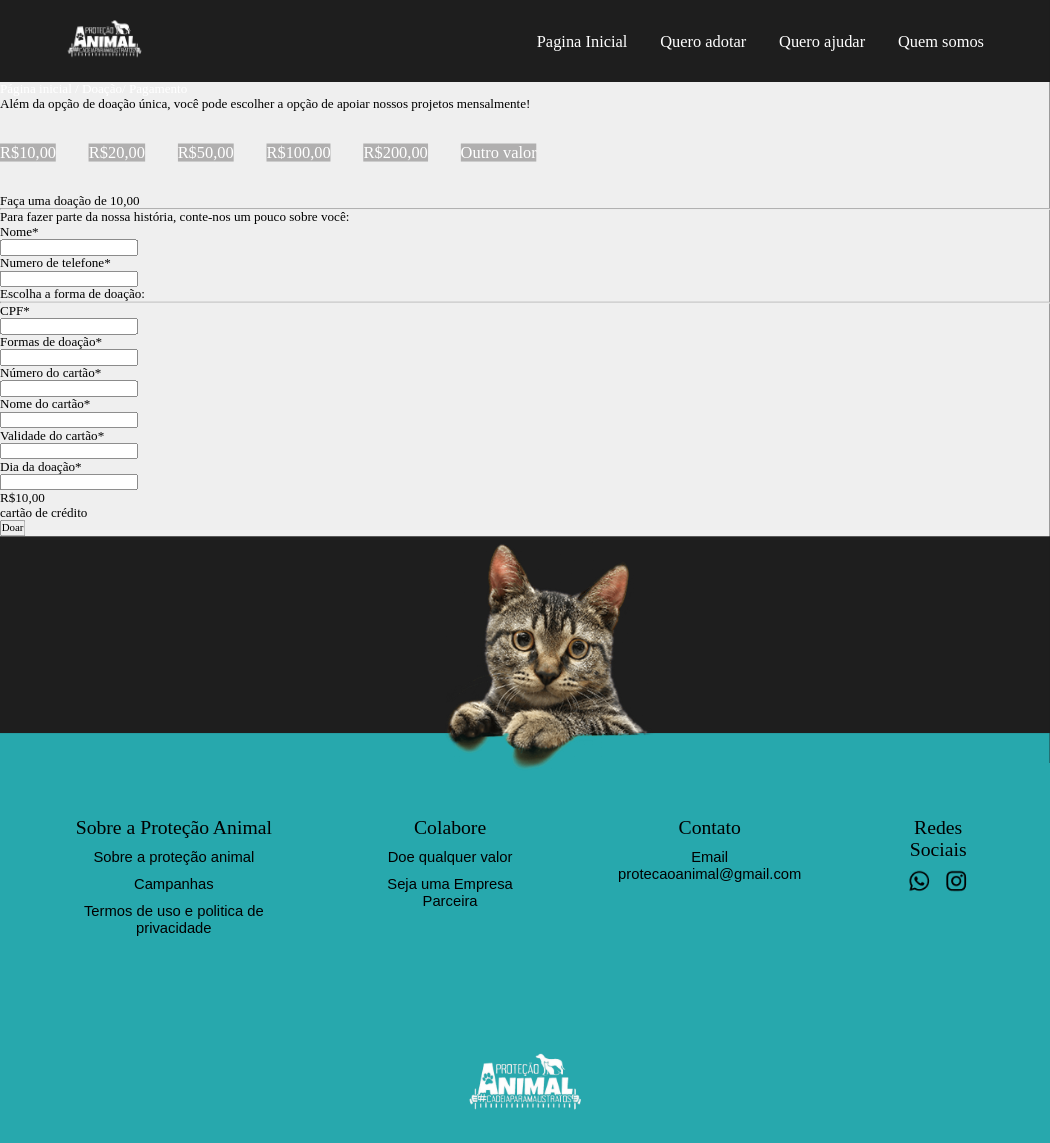
Repository: edjunior-nascimento/protecao-animal-web
Page: src/pages/formulario-doacao/index.html
An editor plug-in stored every save of this project. The page is shown before and after the next save, followed by the edit.
The browser window is 1280 px wide. The pictures show the whole page, at 82% of full size.

Above is the page before, as saved 2025-02-25 03:47:56.

### src/pages/formulario-doacao/index.html
<!DOCTYPE html>
<html lang="pt">

<head>
    <meta charset="UTF-8">
    <meta name="viewport" content="width=device-width, initial-scale=1.0">
    <title>Proteção Animal</title>
    <link rel="preconnect" href="https://fonts.googleapis.com" />
    <link rel="preconnect" href="https://fonts.gstatic.com" crossorigin />
    <meta name="viewport" content="width=device-width, initial-scale=1.0" />
    <link rel="stylesheet" href="./style.css" />
    <link>
</head>

<body>
    <header>
        <div><img class="logo" src="/src/pages/images/logo.png" alt="logo Protecao animal" /></div>
        <nav>
            <ul>
                <li>
                    <a href="#">
                        <p>Pagina Inicial</p>
                    </a>
                </li>
                <li>
                    <a href="#">
                        <p>Quero adotar</p>
                    </a>
                </li>
                <li>
                    <a href="#">
                        <p>Quero ajudar</p>
                    </a>
                </li>
                <li>
                    <a href="#">
                        <p>Quem somos</p>
                    </a>
                </li>
            </ul>
        </nav>
    </header>
    <div>

        <main>
            <div class="container">
                <div class="title">
                    <p>Página inicial / Doação/ Pagamento</p>
                </div>
                <div class="sub-title">
                    <p>Além da opção de doação única, você pode escolher a opção de apoiar nossos projetos mensalmente!
                    </p>
                </div>
                <div class="valor">
                    <div class="parcela">

                    </div>
                    <div class="cota">

                    </div>
                    <nav>
                        <ul>
                            <li>
                                <a href="#">R$10,00</a></a>
                            </li>
                            <li>
                                <a href="#">R$20,00</a>
                            </li>
                            <li>
                                <a href="#">R$50,00</a>
                            </li>
                            <li>
                                <a href="#">R$100,00</a>
                            </li>
                            <li>
                                <a href="#">R$200,00</a>
                            </li>
                            <li>
                                <a href="#">Outro valor</a>
                            </li>
                        </ul>
                    </nav>
                    <div class="res"><span>Faça uma doação de 10,00</span></div>
                </div>
                <hr>
                <div class="cad">
                    <div class="sub-title">
                        <p>Para fazer parte da nossa história, conte-nos um pouco sobre você:</p>
                    </div>
                    <div class="dados">
                        <form action="/send" method="post" target="_blank">
                            <label>
                                <p>Nome<span class="ast">*</span></p>
                                <input type="text" name="Nome" id="Nome*">
                            </label>
                            <label>
                                <p>Numero de telefone<span class="ast">*</span></p>
                                <input type="text" name="telefone" id="telefone">
                            </label>
                        </form>
                    </div>
                    <div class="cad">
                        <div class="sub-title">
                            <p>Escolha a forma de doação:</p>
                        </div>
                        <hr>
                        <form action="/send" method="post" target="_blank">
                            <label>
                                <p>CPF<span>*</span></p>
                                <input type="number" name="cpf" id="cpf">
                            </label>
                            <label>
                                <p>Formas de doação<span>*</span></p>
                                <input type="text" name="forme-doacao" id="forme-doacao"></p>
                            </label>
                            <label>
                                <p>Número do cartão<span>*</span></p>
                                <input type="number" name="cartao" id="cartao">
                            </label>
                            <label>
                                <p>Nome do cartão<span>*</span></p>
                                <input type="text" name="nome-cartao" id="nome-cartao">
                            </label>
                            <label>
                                <p>Validade do cartão<span>*</span></p>
                                <input type="text" name="" id="">
                            </label>
                            <label>
                                <p>Dia da doação<span>*</span></p>
                                <input type="number" name="data" id="data">
                            </label>
                        </form>
                        <div class="resultado">
                            <div class="retorno">
                                <div class="res/doacao">
                                    <p>R$10,00</p>
                                </div>
                                <div class="forma/pagamento">
                                    <p>cartão de crédito</p>
                                </div>
                            </div>
                            <button>Doar</button>
                        </div>
                    </div>
                </div>
            </div>
        </main>
        <div class="gato"><img src="/src/pages/images/gato.png" alt=""></div>
        <footer>
            <div class="footer-container">
                <div class="footer-primary">
                    <div class="footer-section-1">
                        <div>
                            <h4>Sobre a Proteção Animal</h4>
                        </div>
                        <div>
                            <p><a href="">Sobre a proteção animal</a></p>
                        </div>
                        <div>
                            <p><a href="">Campanhas</a></p>
                        </div>
                        <div>
                            <p><a href="">Termos de uso e politica de privacidade</a></p>
                        </div>
                    </div>
                    <div class="footer-section-2">
                        <div>
                            <h4>Colabore</h4>
                        </div>
                        <div>
                            <p><a href="">Doe qualquer valor</a></p>
                        </div>
                        <div>
                            <p><a href="">Seja uma Empresa Parceira</a></p>
                        </div>
                    </div>
                    <div class="footer-section-3">
                        <div>
                            <h4>Contato</h4>
                        </div>
                        <div>
                            <p>Email</p>
                            <p><a href="mailto:protecaoanimal@gmail.com">protecaoanimal@gmail.com</a></p>
                        </div>
                    </div>
                    <div class="footer-section-4">
                        <div>
                            <h4>Redes Sociais</h4>
                        </div>
                        <div class="social-icons">
                            <div>
                                <a href=""><img src="/src/pages/images/whatsAppIcon.png" alt="" /></a>
                            </div>
                            <div>
                                <a href=""><img src="/src/pages/images/instagramIcon.png" alt="" /></a>
                            </div>
                        </div>
                    </div>
                </div>
            </div>
            <div class="footer-secondary">
                <img src="/src/pages/images/logo.png" alt="" />
            </div>
        </footer>
</body>

</html>

### src/pages/formulario-doacao/style.css
:root {
    --main-bg-color: #1e1e1e;
    --title-color: #27a8ad;
    --subtitle-color: #ffffff;
    --box-color: #ffffff;
    --link-nav-color: #ffffff;
    --card-title-color: #27a8ad;
    --footer-background: #27a8ad;
    --footer-font-color: #000000;
    --maim-color: #EFEFEF;
    --card-nav-color:#B0AFAF;
  }

  * {
    height: max-content;
    font-family: "Jockey One", serif;
    font-style: normal;
    margin: 0px;
    padding: 0px;
  }

  body {
    background-color: var(--main-bg-color);

  }

  a {
    text-decoration: none;
  }

  header {
    height: 100px;
    display: flex;
    flex-direction: row;
    justify-content: space-between;
    padding-inline: 80px
  }
  header div {
    display: flex;
    align-items: center;
  }
  .logo {
    height: 95px;
    width: auto;
  }
  nav {
    width: auto;
    height: 100px;
    display: flex;
    align-items: center;
  }

  nav ul {
    list-style-type: none;
    display: flex;
    gap: 40px;
  }
  nav ul li a {

    color: var(--link-nav-color);
    font-size: 20px;
    background-color: var(--card-nav-color);
  }


.container {
  background-color: var();
}
main {
  background-color:var(--maim-color) ;
}
.container {
  background-color: var();
}
.title {
  color: var(--subtitle-color);
}




  .gato {
    margin-left: 42%;
    margin-bottom: -25px;
    height: 265px;
    max-width: auto;}

  footer {
    height: 500px;
    max-height: auto;
    background-color: var(--footer-background);
    padding-inline: 80px;
  }

  .footer-container {
      width: auto;
      height: 70%;
      display: flex;
      align-items: center;
      justify-content: center;
  }

  .footer-primary {
    display: flex;
    flex-direction: row;
    gap: 111px;
    align-items: flex-start;
    justify-content: center;
  }

  .footer-primary p a {
      color: var(--footer-font-color);
      font-family: "Arial", sans-serif;
  }

  .footer-primary h4 {
    font-size: 24px;
    font-weight: 400;
  }

  .footer-primary p {
      font-size: 18px;
      font-weight: 400;
      font-family: "Arial", sans-serif;
  }

  .footer-secondary {
    width: auto;
    height: 30%;
    display: flex;
    align-items: center;
    justify-content: center;
  }

  .footer-secondary img {
      height: 145px;
      width: auto
  }

  .footer-section-1, .footer-section-2, .footer-section-3, .footer-section-4 {
      display: flex;
      flex-direction: column;
      text-align: center;
      gap: 12px;
  }

  .footer-section-4 {
      align-items: center;
  }

  .social-icons {
      display: flex;
      flex-direction: row;
      gap: 20px;
  }

After the next save:
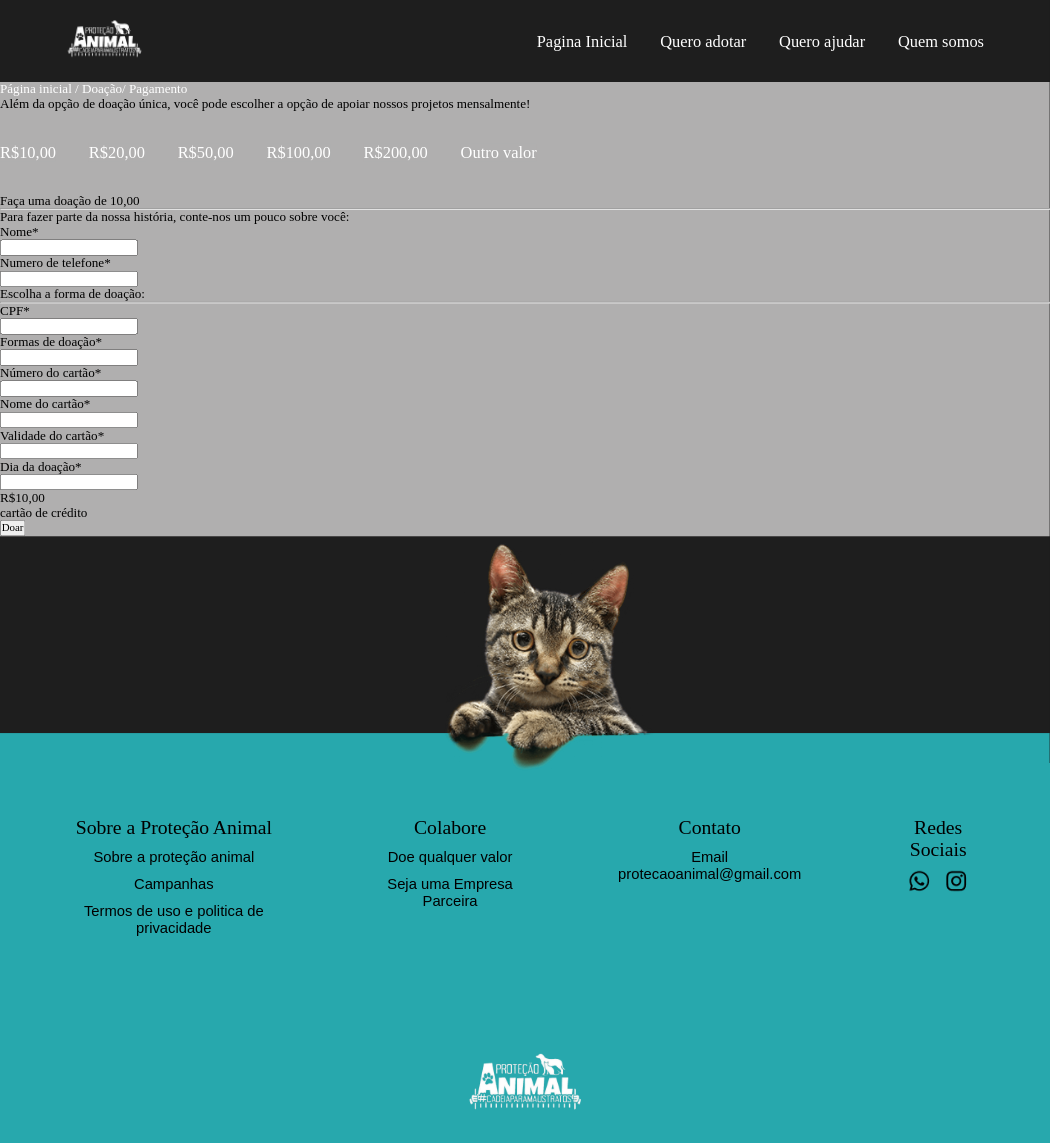
Saved 6 s later.
--- a/src/pages/formulario-doacao/style.css
+++ b/src/pages/formulario-doacao/style.css
@@ -70,7 +70,7 @@ main {
   background-color:var(--maim-color) ;
 }
 .container {
-  background-color: var();
+  background-color: var(--card-nav-color);
 }
 .title {
   color: var(--subtitle-color);
